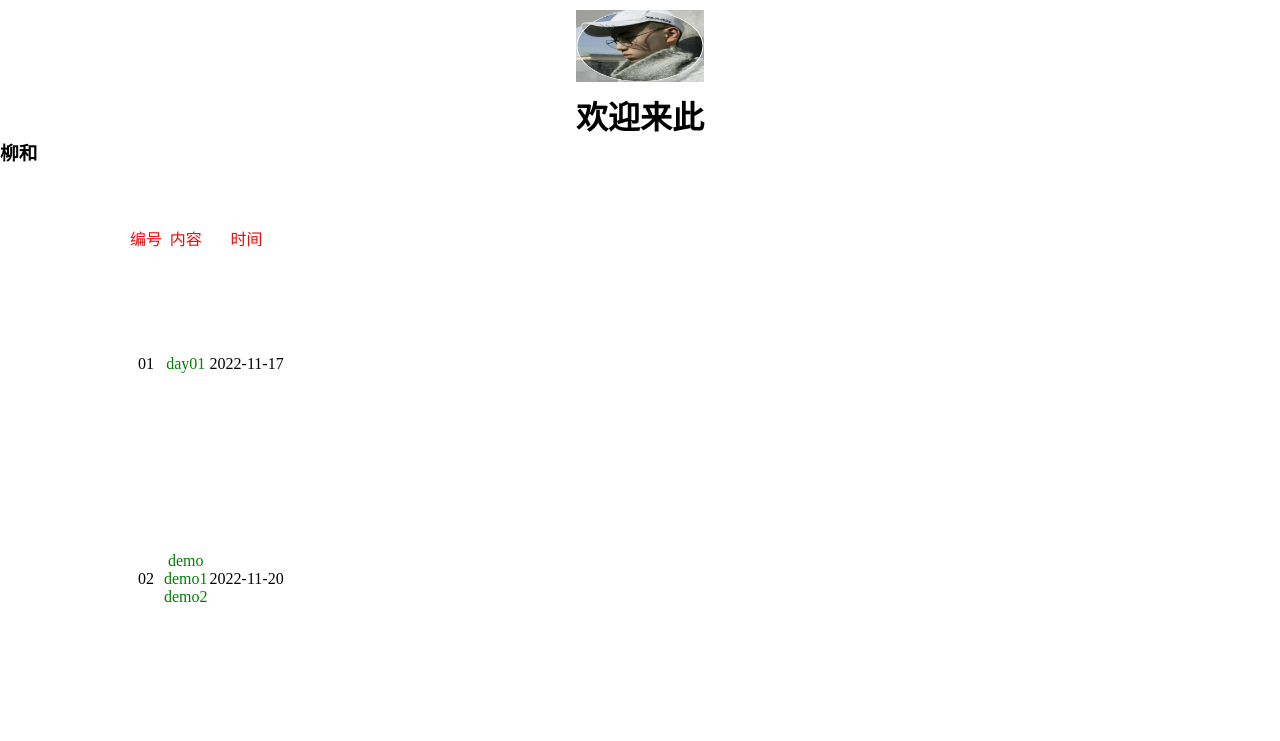
Repository: FengMo1314/JavaWeb
Page: http://localhost/JavaWeb_chen/
These files come from the project's save history. The page is drawn as it stood at one moment and after the next save; the edit follows.
The browser window is 1280 px wide. The pictures show the whole page.
The page is served by Tomcat 10. Other server files are loaded and not shown.

Above is the page before, as saved 2022-11-20 03:18:49.

### JavaWeb&chen/src/main/webapp/index.jsp
<%@ page language="java" contentType="text/html; charset=UTF-8"
    pageEncoding="UTF-8"%>
<html>
<head>
<meta charset="UTF-8">
<link rel="Shortcut Icon" href="imgs/index/favicon.ico" type="image/x-icon" />
<link rel="stylesheet" href="css/index/index.css">
<title>Liu He's private service</title>
</head>
<body>
<%

%>
	<div class="box">
		<img alt="完了" src="imgs/index/index.png">
		<h1>欢迎来此</h1>
		<h3>柳和</h3>
		<form action="">
			<table>
			<tr align="center" style="color: red">
			<td>编号</td>
			<td>内容</td>
			<td>时间</td>
			</tr>
			<tr align="center">
			<td>01</td>
			<td><a href="day01">day01</a></td>
			<td>2022-11-17</td>
			</tr>
			<tr align="center">
			<td>02</td>
			<td>
			<p>
			<a href="day02">demo</a>
			</p>
			<p>
			<a href="day02-1">demo1</a>
			</p>
			<p>
			<a href="html/demo.html">demo2</a>
			</p>
			</td>
			<td>2022-11-20</td>
			</tr>
			<%--
			<tr align="center">
			<td>03</td>
			<td><a href="day03">day03</a></td>
			<td>2022-12-12</td>
			</tr>
			<tr align="center">
			<td>04</td>
			<td><a href="day04">day04</a></td>
			<td>2022-12-13</td>
			</tr>
			<tr align="center">
			<td>05</td>
			<td><a href="day05">day05</a></td>
			<td>2022-12-14</td>
			</tr>
			<tr align="center">
			<td>06</td>
			<td><a href="day06">day06</a></td>
			<td>2022-12-15</td>
			</tr>
			--%>
			</table>
		</form>
	</div>
</body>
</html>

### JavaWeb&chen/src/main/webapp/css/index/index.css
@charset "UTF-8";
*{
	margin: 0;
	padding: 0

}

.box{
	width: 100%;
	height: 100%;
}
img{
	width: 10%;
	height: 10%;
	margin: 10px 45% 10px 45%;
}
h1{
	text-align: center;
}
table {
	height: 80%;
	padding: 0 10% 0 10%;
}
a {
	color:green;
	text-decoration: none;
}

After the next save:
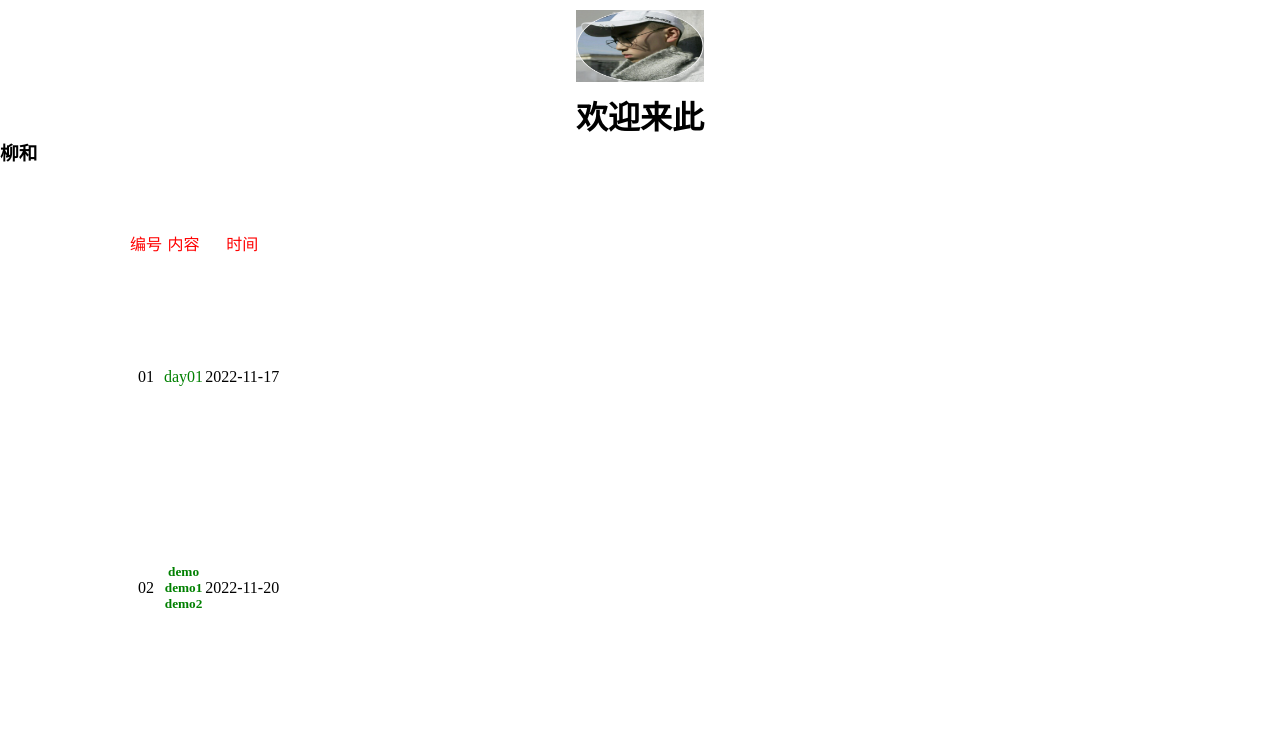
Saved 3 min 48 s later.
--- a/JavaWeb&chen/src/main/webapp/index.jsp
+++ b/JavaWeb&chen/src/main/webapp/index.jsp
@@ -30,15 +30,15 @@
 			<tr align="center">
 			<td>02</td>
 			<td>
-			<p>
+			<h5>
 			<a href="day02">demo</a>
-			</p>
-			<p>
+			</h5>
+			<h5>
 			<a href="day02-1">demo1</a>
-			</p>
-			<p>
+			</h5>
+			<h5>
 			<a href="html/demo.html">demo2</a>
-			</p>
+			</h5>
 			</td>
 			<td>2022-11-20</td>
 			</tr>
